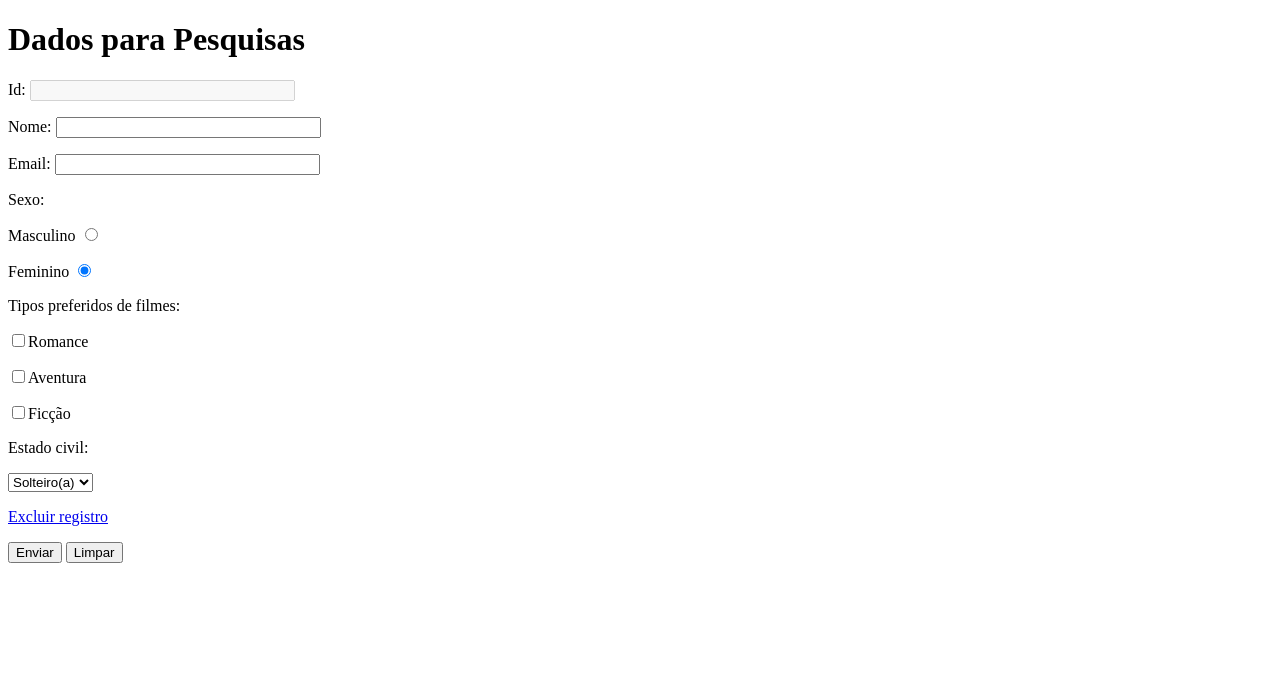
Repository: Marcelinalima/Java_JSP
Page: http://localhost/projeto_pesquisa/BuscaPesquisaServlet
These files come from the project's save history. The page is drawn as it stood at one moment and after the next save; the edit follows.
The browser window is 1280 px wide. The pictures show the whole page.
The page is served by Tomcat 9. Other server files are loaded and not shown.

Above is the page before, as saved 2023-04-20 14:33:19.

### projeto_pesquisa/src/main/webapp/atualizarPesquisa.jsp
<%@page import="java.util.Objects"%>
<%@page import="entidades.Pesquisa"%>
<%@ page language="java" contentType="text/html; charset=UTF-8"
    pageEncoding="UTF-8"%>
<%@ taglib uri="http://java.sun.com/jsp/jstl/core" prefix="c" %>
<!DOCTYPE html>
<html>
<head>
<meta charset="UTF-8">
<title>Dados de Pesquisa</title>
</head>
<body>

	<h1>Dados para Pesquisas</h1>
	<form action="/projeto_pesquisa/PesquisaAtualizarServlet" method="post">

		<input type="hidden" name="p_id" value="${pesquisa.id}"/>
		<p>Id: <input type="text" name="p_id" size="30" disabled value="${pesquisa.id}"/></p>
		<p>Nome: <input type="text" name="p_nome" size="30" value="${pesquisa.nome}"/></p>
		<p>Email:  <input type="email" name="p_email" size="30" value="${pesquisa.email}"/></p>

		<p>Sexo:</p>
		<p>Masculino  <input type="radio" name="p_sexo" value="masculino" checked=${pesquisa.sexo eq "masculino"}/></p>
		<p>Feminino  <input type="radio" name="p_sexo" value="feminino" checked= ${pesquisa.sexo eq "feminino"} /></p>

		<p>Tipos preferidos de filmes:</p>
		<p><input type="checkbox" name="p_ck1" value="romance"${pesquisa.check1 != null ? "checked":""}/>Romance</p>
		<p><input type="checkbox" name="p_ck2" value="aventura" ${pesquisa.Check2  != null ? "checked":""}/>Aventura</p>
		<p><input type="checkbox" name="p_ck3" value="Ficção"${pesquisa.Check3  != null ?  "checked":""}/>Ficção</p>

		<p>Estado civil:</p>
		<select name="p_estadoCivil">
			<option value="solteiro(a)"${pesquisa.estadoCivil eq "Solteiro(a)"? "selected" : ""}>Solteiro(a)</option>
			<option value="casado(a)" ${pesquisa.estadoCivil eq "casado(a)"? "selected" : ""}>Casado(a)</option>
			<option value="Viuvo(a)" ${pesquisa.estadoCivil eq "viuvo(a)"? "selected" : ""}>Viuvo(a)</option>
		</select>

		<p>
			<a href="/projeto_pesquisa/ExcluirPesquisaServlet?p_id=${pesquisa.id}" >Excluir registro</a>
		</p>

		<p>
			<input type="submit" value="Enviar" />
			<input type="reset" value="Limpar" />
		</p>

	</form>

</body>
</html>

### projeto_pesquisa/src/main/java/servlets/BuscaPesquisaServlet.java
package servlets;

import java.io.IOException;

import javax.servlet.RequestDispatcher;
import javax.servlet.ServletException;
import javax.servlet.annotation.WebServlet;
import javax.servlet.http.HttpServlet;
import javax.servlet.http.HttpServletRequest;
import javax.servlet.http.HttpServletResponse;

import entidades.Pesquisa;
import servicos.ServicoDoBancoDeDados;


@WebServlet("/BuscaPesquisaServlet")
  public class BuscaPesquisaServlet extends HttpServlet {
	private static final long serialVersionUID = 1L;

	ServicoDoBancoDeDados servicoBD = new ServicoDoBancoDeDados();

    public BuscaPesquisaServlet() {
        super();

    }

    @Override
    protected void doGet(HttpServletRequest req, HttpServletResponse resp) throws ServletException, IOException {
    	doPost(req, resp);
    }

	protected void doPost(HttpServletRequest request, HttpServletResponse response) throws ServletException, IOException {
		Pesquisa pesquisa = new Pesquisa();
		pesquisa.setEmail(request.getParameter("p_email"));

		pesquisa = servicoBD.procurarPeloEmail(pesquisa.getEmail());

		RequestDispatcher rd = request.getRequestDispatcher("/atualizarPesquisa.jsp");
		request.setAttribute("pesquisa", pesquisa);
		rd.forward(request, response);
	}

}

### projeto_pesquisa/src/main/java/entidades/Banco.java
package entidades;

import java.util.ArrayList;
import java.util.Comparator;
import java.util.List;
import java.util.stream.Collectors;

public class Banco {

private static List<Pesquisa> pesquisas = new ArrayList<>();

	static {
		Pesquisa p1 = new Pesquisa();
		p1.setId(1);
		p1.setNome("José das Couves");
		p1.setEmail("ze@dascouves.com");
		p1.setSexo("masculino");
		p1.setCheck1(null);
		p1.setCheck2("Aventura");
		p1.setCheck3(null);
		p1.setEstadoCivil("casado(a)");

		Pesquisa p2 = new Pesquisa();
		p2.setId(2);
		p2.setNome("Marta Wayne");
		p2.setEmail("marta@wayneenterprises.com");
		p2.setSexo("feminino");
		p2.setCheck1("Romance");
		p2.setCheck2("Aventura");
		p2.setCheck3(null);
		p2.setEstadoCivil("casado(a)");

		pesquisas.add(p1);
		pesquisas.add(p2);
	}

	  public Pesquisa salvar(Pesquisa novaPesquisa) {
		pesquisas.add(novaPesquisa);
		return novaPesquisa;
	}
	  public Pesquisa atualizar(Pesquisa pesquisaAtualizada) {
			Pesquisa pesquisa = procurarPeloId(pesquisaAtualizada.getId());
			if(pesquisas.contains(pesquisa)) {
				pesquisas.remove(pesquisa);
				pesquisas.add(pesquisaAtualizada);
			}
			return pesquisaAtualizada;
	}


	public List<Pesquisa> getPesquisas(){
		List<Pesquisa> listaPesquisas = Banco.pesquisas.stream().sorted(Comparator.comparing(Pesquisa::getId)).collect(Collectors.toList());
		Banco.pesquisas = listaPesquisas;
		return Banco.pesquisas;
	}

	public Pesquisa procurarPeloId(int id) {
		try {
			Pesquisa pesquisa = getPesquisas()
					.stream()
					.filter( p -> p.getId() == id)
					.collect(Collectors.toList())
					.get(0);

			return pesquisa;
		}
		catch(IndexOutOfBoundsException e) {
			return null;
		}

	}

	public Pesquisa procurarPeloEmail(String email) {
		try {
			Pesquisa pesquisa = this.getPesquisas()
					.stream()
					.filter( p -> p.getEmail().equals(email))
					.collect(Collectors.toList())
					.get(0);
			return pesquisa;
		}
		catch(IndexOutOfBoundsException e) {
			return null;
		}
	}

	public void deletar(int id) {
		List<Pesquisa> novaListaPesquisas = Banco.pesquisas.stream().filter(p -> id != p.getId()).collect(Collectors.toList());
		Banco.pesquisas = novaListaPesquisas;
	}


}

### projeto_pesquisa/src/main/java/entidades/Pesquisa.java
package entidades;

public class Pesquisa {


	private int id;
	private String nome;
	private String email;
	private String sexo;
	private String check1;
	private String check2;
	private String check3;
	private String estadoCivil;


	public Pesquisa() {}

	public Pesquisa(int id, String nome, String email, String sexo, String check1, String check2, String check3,
			String estadoCivil) {

		this.id = id;
		this.nome = nome;
		this.email = email;
		this.sexo = sexo;
		this.check1 = check1;
		this.check2 = check2;
		this.check3 = check3;
		this.estadoCivil = estadoCivil;
	}

	public int getId() {
		return id;
	}

	public void setId(int id) {
		this.id = id;
	}

	public String getNome() {
		return nome;
	}

	public void setNome(String nome) {
		this.nome = nome;
	}

	public String getEmail() {
		return email;
	}

	public void setEmail(String email) {
		this.email = email;
	}

	public String getSexo() {
		return sexo;
	}

	public void setSexo(String sexo) {
		this.sexo = sexo;
	}

	public String getCheck1() {
		return check1;
	}

	public void setCheck1(String check1) {
		this.check1 = check1;
	}

	public String getCheck2() {
		return check2;
	}

	public void setCheck2(String check2) {
		this.check2 = check2;
	}

	public String getCheck3() {
		return check3;
	}

	public void setCheck3(String check3) {
		this.check3 = check3;
	}

	public String getEstadoCivil() {
		return estadoCivil;
	}

	public void setEstadoCivil(String estadoCivil) {
		this.estadoCivil = estadoCivil;
	}

	@Override
	public String toString() {
		return "Pesquisa [id=" + id + ", nome=" + nome + ", email=" + email + ", sexo=" + sexo + ", check1=" + check1
				+ ", check2=" + check2 + ", check3=" + check3 + ", estadoCivil=" + estadoCivil + "]";
	}



}

After the next save:
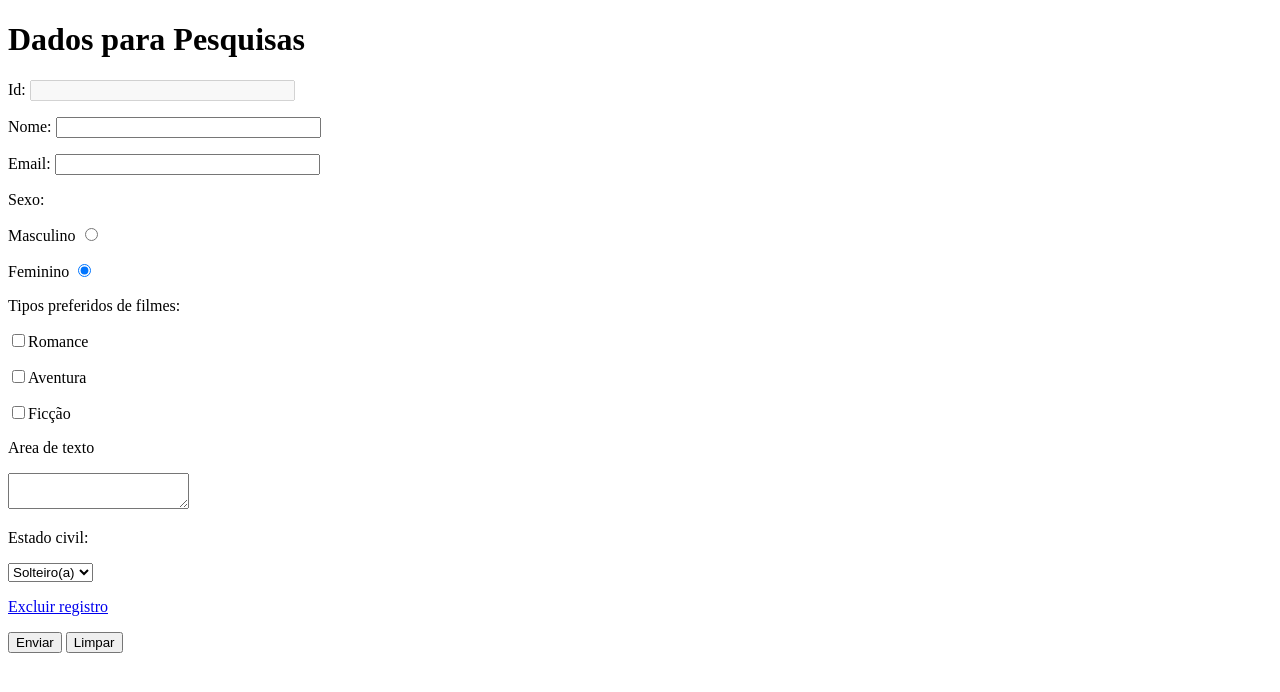
Saved 3 min 6 s later.
--- a/projeto_pesquisa/src/main/webapp/atualizarPesquisa.jsp
+++ b/projeto_pesquisa/src/main/webapp/atualizarPesquisa.jsp
@@ -28,6 +28,12 @@
 		<p><input type="checkbox" name="p_ck2" value="aventura" ${pesquisa.Check2  != null ? "checked":""}/>Aventura</p>
 		<p><input type="checkbox" name="p_ck3" value="Ficção"${pesquisa.Check3  != null ?  "checked":""}/>Ficção</p>
 
+
+
+	  <p>Area de texto</p>
+	  <p><textarea></textarea></p>
+
+
 		<p>Estado civil:</p>
 		<select name="p_estadoCivil">
 			<option value="solteiro(a)"${pesquisa.estadoCivil eq "Solteiro(a)"? "selected" : ""}>Solteiro(a)</option>
